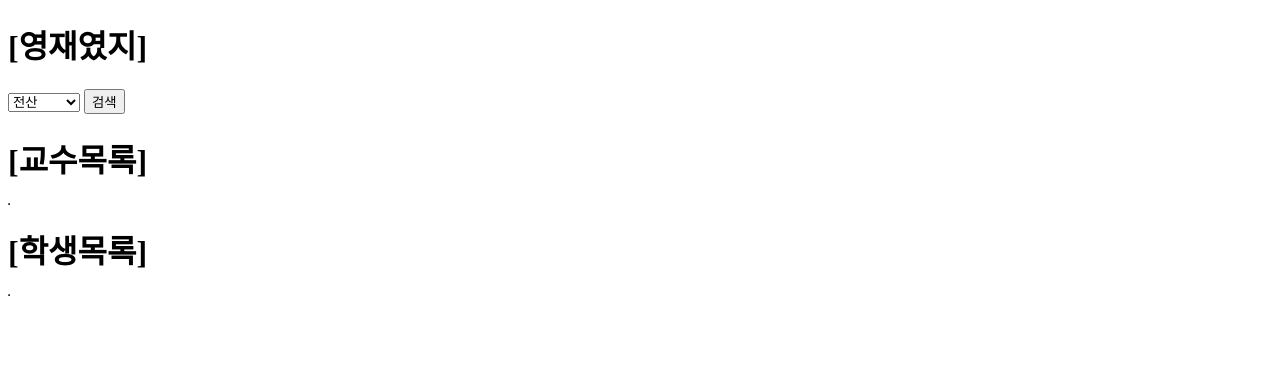
Repository: whwlsghkstm/html
Page: Ex0507/WebContent/list.html
An editor plug-in stored every save of this project. The page is shown before and after the next save, followed by the edit.
The browser window is 1280 px wide. The pictures show the whole page.
Some web libraries are served in a nearby version.

Above is the page before, as saved 2020-05-07 06:06:56.

After the next save:
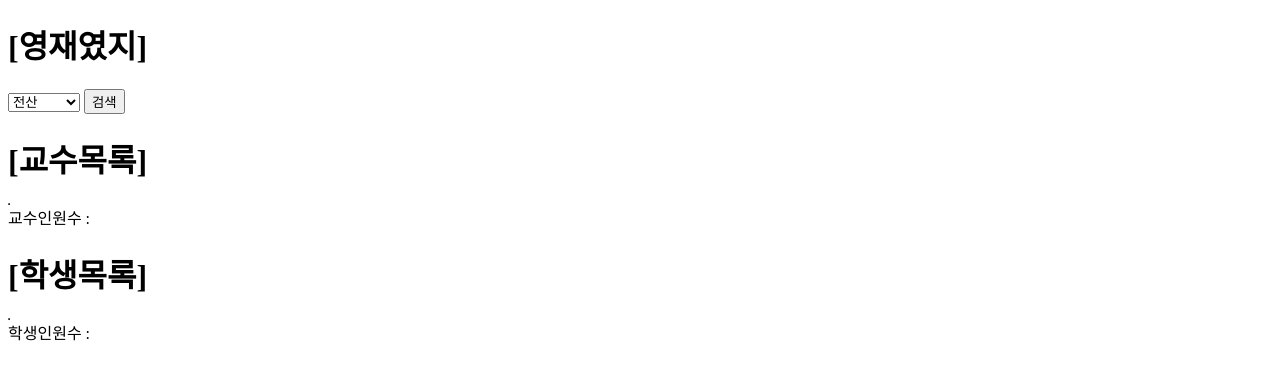
Saved 109 s later.
--- a/Ex0507/WebContent/list.html
+++ b/Ex0507/WebContent/list.html
@@ -41,6 +41,7 @@
 			</tr>
 		{{/each}}
 	</script>
+	교수인원수 : <span id="total"></span>
 
 	<h1>[학생목록]</h1>
 	<table id="tab1" border=1></table>
@@ -61,6 +62,7 @@
 			</tr>
 		{{/each}}
 	</script>
+	학생인원수 : <span id="total1"></span>
 </body>
 
 <script>
